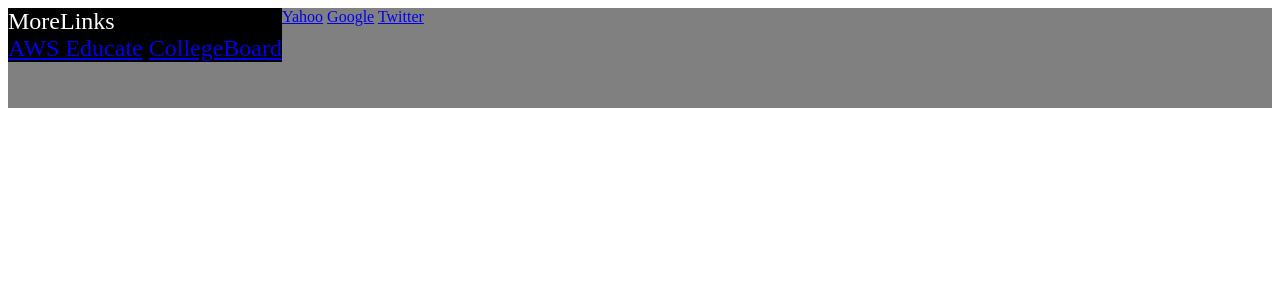
Repository: jakemj/jakemj.github.io
Page: index.html
The author's editor kept a record of every edit. The page is drawn from the files as they stood at one moment, then again after the next edit.
The browser window is 1280 px wide. The pictures show the whole page.

Above is the page before.

### index.html
<!DOCTYPE html>
<html>
<head>

    <title>Jake's Website</title>

    <style>
        .navbar {
        background-color: gray;
        width:100%;
        height:100px;
        }

        .navbar a, {
            color:white;
            font-size: 24px;
            text-decoration:none;
            padding:16px;
            float:left;
        }

        .navbar a:hover, .morelinks:hover {
            background-color:pink;
        }

        .dropdown:hover .dropdown-content{
            display:block;
        }

        .dropdown-content{
            position:absolute;
            z-index: 1;
            display:none;
        }

        .dropdown{
            background-color: black;
            color:white;
            float:left;
            text-decoration: none;
            font-size: 24px;
        }

        .dropdown-content a{
            float:none;
            display:block;
        }




    </style>

</head>
<body>
    <div class="navbar">
        <a href="https://yahoo.com">Yahoo</a>
        <a href="https://google.com">Google</a>
        <a href="https://twitter.com">Twitter</a>
        <div class="dropdown">
            <div class="morelinks">MoreLinks</div>
            <div class="dropdown-content"></div>
            <a href='https://www.awseducate.com'>AWS Educate</a>
            <a href='https://www.collegeboard.com'>CollegeBoard</a>


    </div>
<h1></h1>
<p></p>

</body>
</html>

After the next edit:
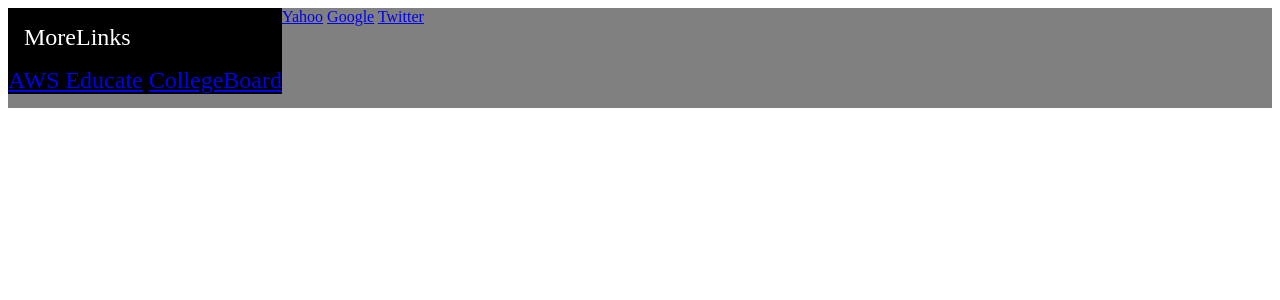
The edit:
--- a/index.html
+++ b/index.html
@@ -18,6 +18,16 @@
             padding:16px;
             float:left;
         }
+
+        .morelinks{
+            color:white;
+            font-size:24px;
+            text-decoration:none;
+            padding:16px;
+        }
+
+
+
 
         .navbar a:hover, .morelinks:hover {
             background-color:pink;
